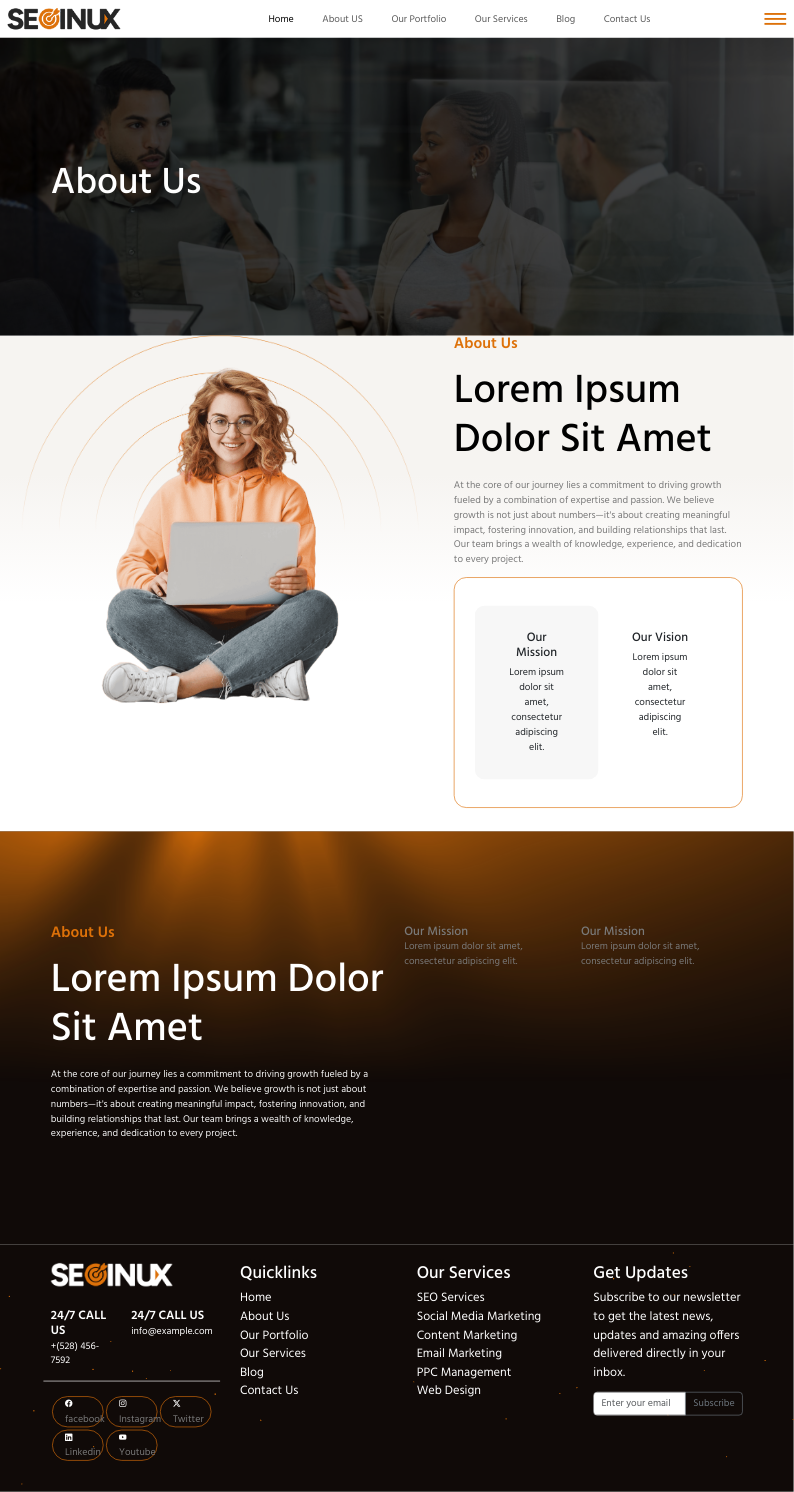
Repository: tagnam/seoinox
Page: about.html
These files come from the project's save history. The page is drawn as it stood at one moment and after a run of saves; the edit follows.
The browser window is 1280 px wide. The pictures show the whole page, at 62% of full size.
Backgrounds fixed to the window are drawn as part of the page.

Above is the page before, as saved 2025-02-26 10:48:05.

After the next 2 saves:
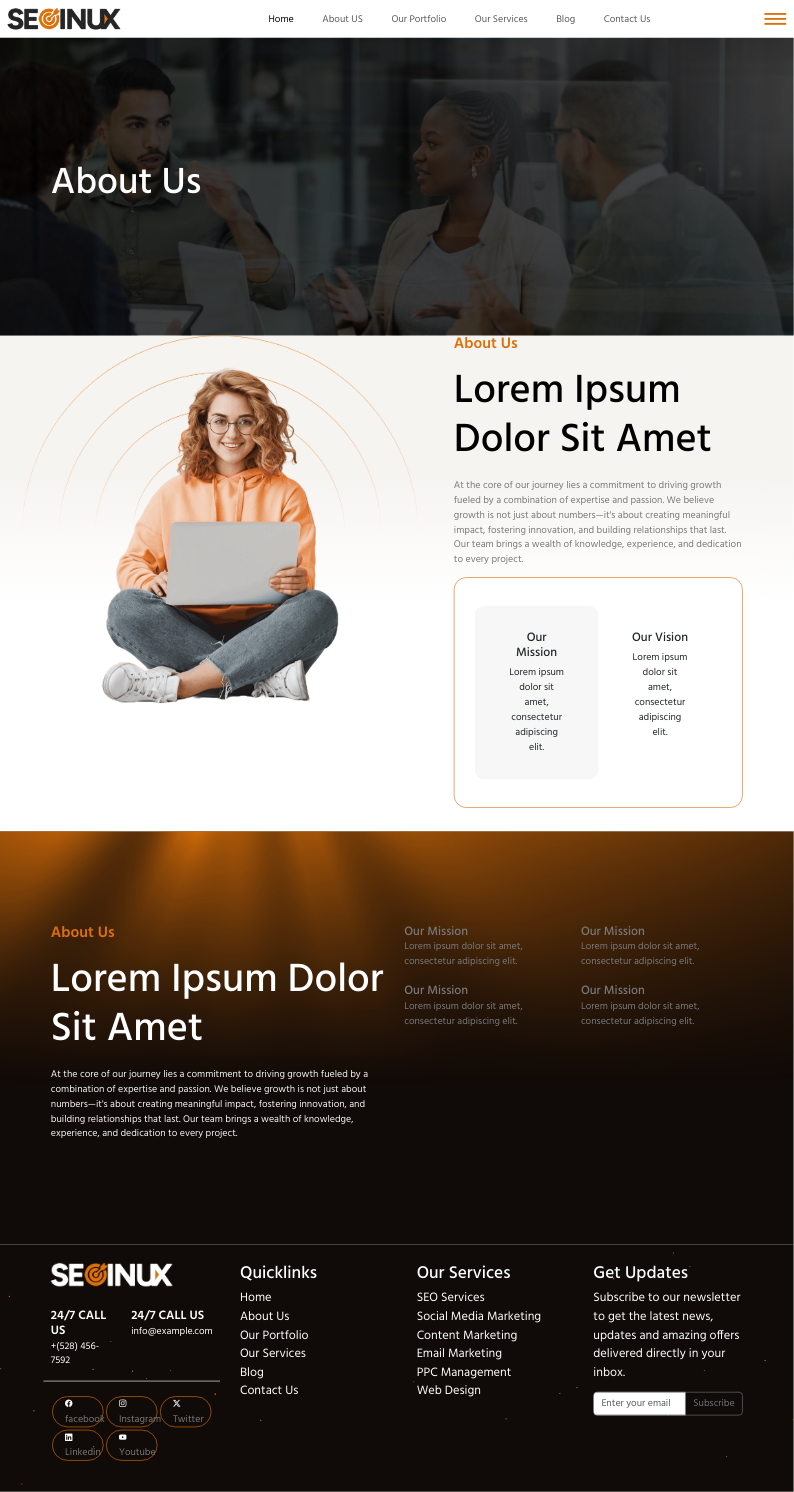
The 2 saves are shown as one change because they came seconds apart.
The last was saved 6 s later.
--- a/about.html
+++ b/about.html
@@ -139,8 +139,18 @@
             <p class="card-text">Lorem ipsum dolor sit amet, consectetur adipiscing elit. </p>
         </div>
         </div>
-        <div class="col"></div>
-        <div class="col"></div>
+        <div class="col">
+          <div class="card-body">
+            <h5 class="card-title">Our Mission</h5>
+            <p class="card-text">Lorem ipsum dolor sit amet, consectetur adipiscing elit. </p>
+        </div>
+        </div>
+        <div class="col">
+          <div class="card-body">
+            <h5 class="card-title">Our Mission</h5>
+            <p class="card-text">Lorem ipsum dolor sit amet, consectetur adipiscing elit. </p>
+        </div>
+        </div>
       </div>
     </div>
   </div>
